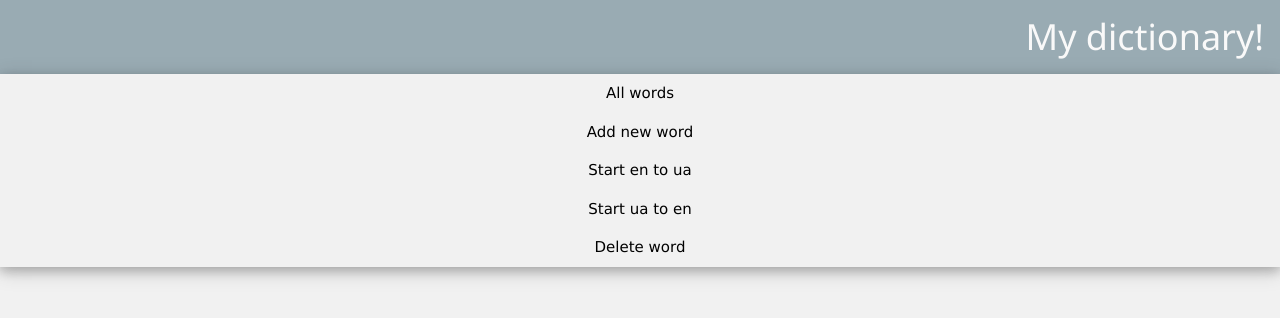
Repository: OleksandrDoskaliukKN313/IIC
Page: WebDictionary/WebContent/index.html
The author's editor kept a copy of each file at every save. The page is drawn from the files as they stood at one save, then again after the next save.
The browser window is 1280 px wide. The pictures show the whole page.

Above is the page before, as saved 2020-10-12 10:01:20.

### WebDictionary/WebContent/index.html
<!DOCTYPE html>
<html>
<head>
<meta charset="UTF-8">
<title>Insert title here</title>
<link rel="stylesheet" href="w3.css">
</head>
<body class="w3-light-grey">
<div class="w3-container w3-blue-grey w3-opacity w3-right-align">
        <h1>My dictionary!</h1>
    </div>
    <div class="">       <!-- content -->
        <div class="w3-card-4 w3-display-container w3-flex">    <!-- buttons holder -->
            <button class="w3-btn w3-hover-green w3-round-large" onclick="location.href='allWords'">All words</button>
            <button class="w3-btn w3-hover-green w3-round-large" onclick="location.href='addWord'">Add new word</button>
            <button class="w3-btn w3-hover-green w3-round-large" onclick="location.href='en_ua'">Start en to ua</button>
            <button class="w3-btn w3-hover-green w3-round-large" onclick="location.href='ua_en'">Start ua to en</button>
            <button class="w3-btn w3-hover-green w3-round-large" onclick="location.href='deleteWord'">Delete word</button>
        </div>
    </div>
</body>
</html>

Loaded but not shown: WebDictionary/WebContent/w3.css (library)

After the next save:
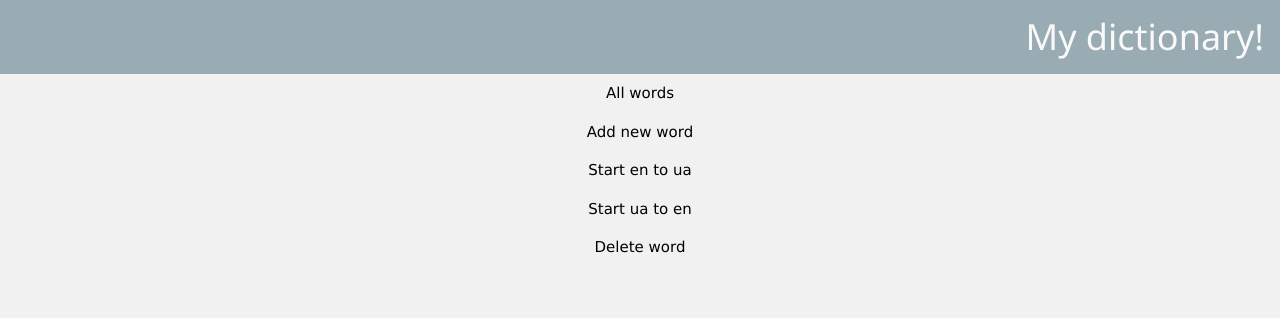
Saved 10 s later.
--- a/WebDictionary/WebContent/index.html
+++ b/WebDictionary/WebContent/index.html
@@ -9,8 +9,8 @@
 <div class="w3-container w3-blue-grey w3-opacity w3-right-align">
         <h1>My dictionary!</h1>
     </div>
-    <div class="">       <!-- content -->
-        <div class="w3-card-4 w3-display-container w3-flex">    <!-- buttons holder -->
+    <div class="w3-container w3-center">       <!-- content -->
+        <div class=" w3-flex">    <!-- buttons holder -->
             <button class="w3-btn w3-hover-green w3-round-large" onclick="location.href='allWords'">All words</button>
             <button class="w3-btn w3-hover-green w3-round-large" onclick="location.href='addWord'">Add new word</button>
             <button class="w3-btn w3-hover-green w3-round-large" onclick="location.href='en_ua'">Start en to ua</button>
